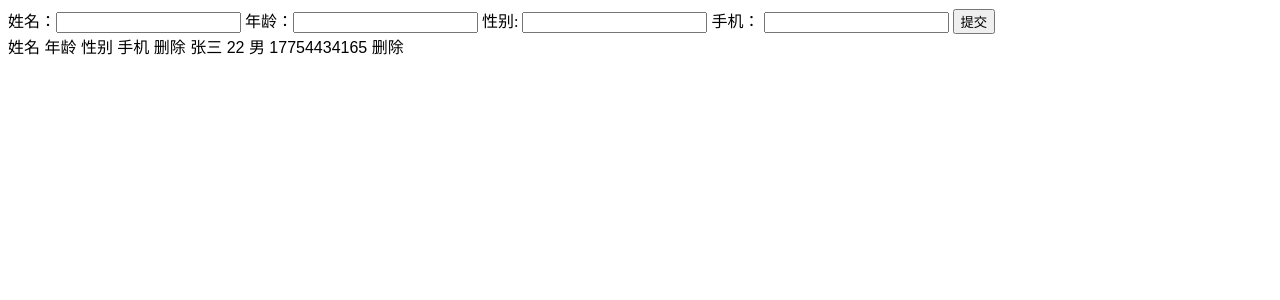
Repository: 1404413577/jsdemo
Page: small-demo/录入信息.html
These files come from the project's save history. The page is drawn as it stood at one moment and after the next save; the edit follows.
The browser window is 1280 px wide. The pictures show the whole page.

Above is the page before, as saved 2022-11-20 15:27:35.

### small-demo/录入信息.html
<!DOCTYPE html>
<html lang="en">

<head>
    <meta charset="UTF-8">
    <meta http-equiv="X-UA-Compatible" content="IE=edge">
    <meta name="viewport" content="width=device-width, initial-scale=1.0">
    <title>Document</title>
    <style>
        .customers {
            font-family: Arial, Helvetica, sans-serif;
            border-collapse: collapse;
            width: 100%;
        }

        .customers td,
        #customers th {
            border: 1px solid #ddd;
            padding: 8px;
        }

        .customers tr:nth-child(even) {
            background-color: #f2f2f2;
        }

        .customers tr:hover {
            background-color: #ddd;
        }

        .customers th {
            padding-top: 12px;
            padding-bottom: 12px;
            text-align: left;
            background-color: #4CAF50;
            color: white;
        }
    </style>
</head>

<body>
    <div>
        姓名：<input type="text">
        年龄：<input type="text">
        性别: <input type="number">
        手机： <input type="text">
        <button type="submit">提交</button>
    </div>

    <div class="customers">
        <tr>
            <th>姓名</th>
            <th>年龄</th>
            <th>性别</th>
            <th>手机</th>
            <th>删除</th>
        </tr>
        <tr>
            <td>张三</td>
            <td>22</td>
            <td>男</td>
            <td>17754434165</td>
            <td>删除</td>
        </tr>
    </div>
</body>

</html>

After the next save:
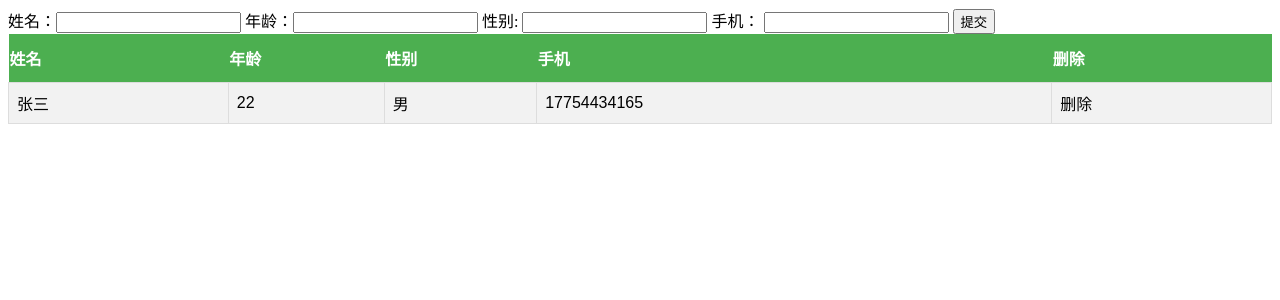
Saved 50 s later.
--- a/small-demo/录入信息.html
+++ b/small-demo/录入信息.html
@@ -46,7 +46,7 @@
         <button type="submit">提交</button>
     </div>
 
-    <div class="customers">
+    <table class="customers">
         <tr>
             <th>姓名</th>
             <th>年龄</th>
@@ -61,7 +61,7 @@
             <td>17754434165</td>
             <td>删除</td>
         </tr>
-    </div>
+    </table>
 </body>
 
 </html>
